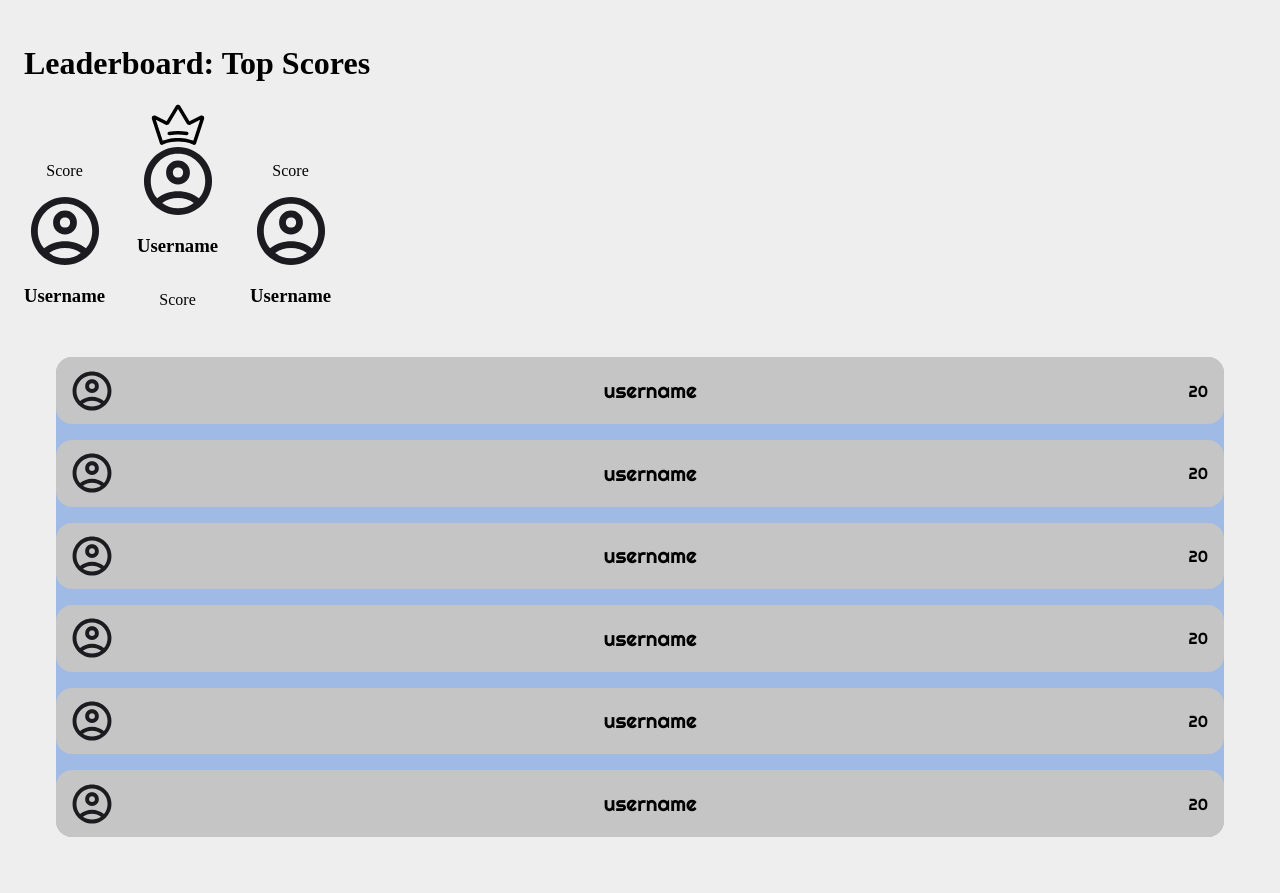
Repository: alemunden/Trash-Scavengers
Page: /Leaderboard
An editor plug-in stored every save of this project. The page is shown before and after the next save, followed by the edit.
The browser window is 1280 px wide. The pictures show the whole page.
The project was rebuilt for these pictures with package versions that can differ from the ones it lists, and the page was loaded fresh each time. The framework's server and built-in components were replaced by stand-ins that run in the browser. Also part of the build but not shown: next.config.mjs.

Above is the page before, as saved 2024-04-09 10:44:37.

After the next save:
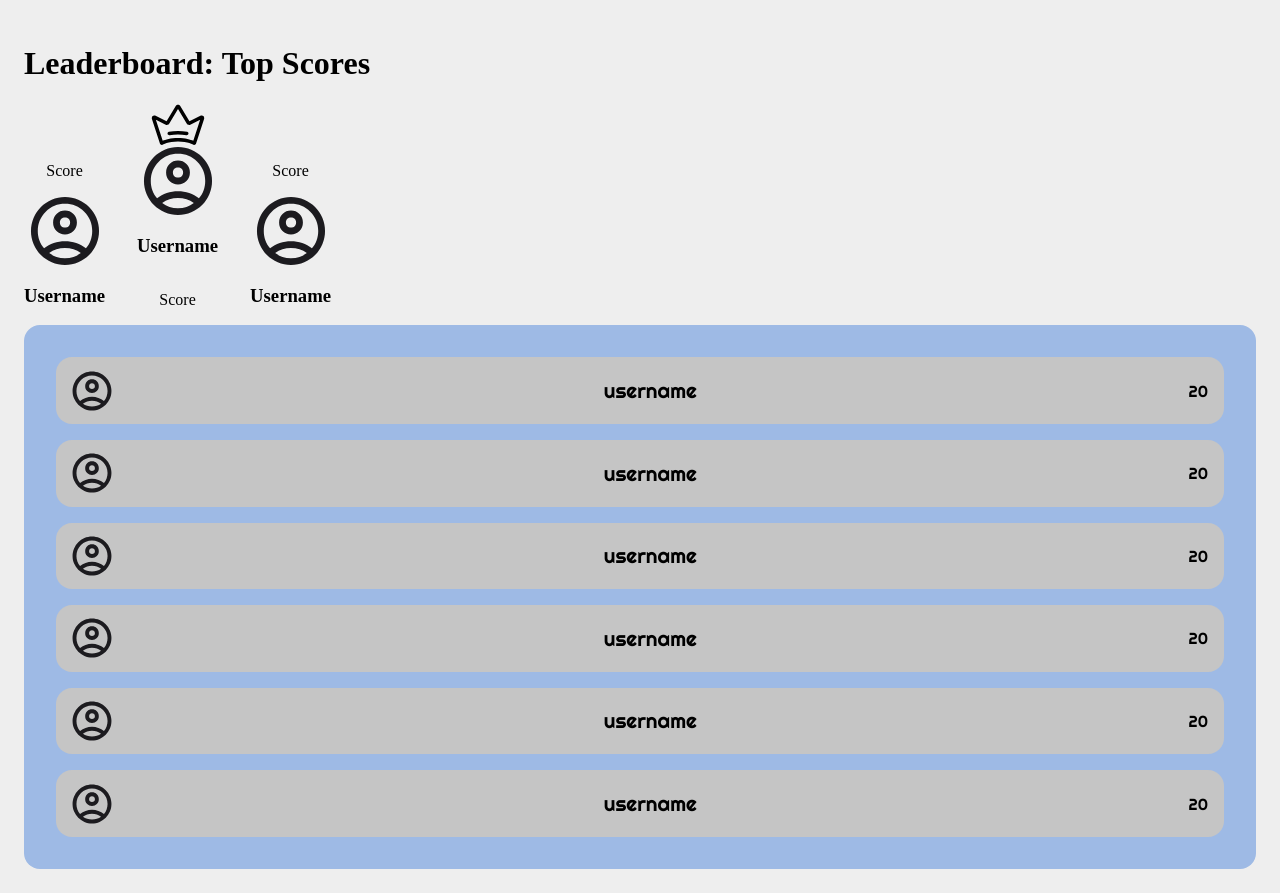
Saved 7 s later.
--- a/styles/Leaderboard.module.css
+++ b/styles/Leaderboard.module.css
@@ -23,5 +23,5 @@
     gap: 1rem;
     background-color: var(--light-blue);
     border-radius: 1rem;
-    margin: 2rem;
+    padding: 2rem;
 }
